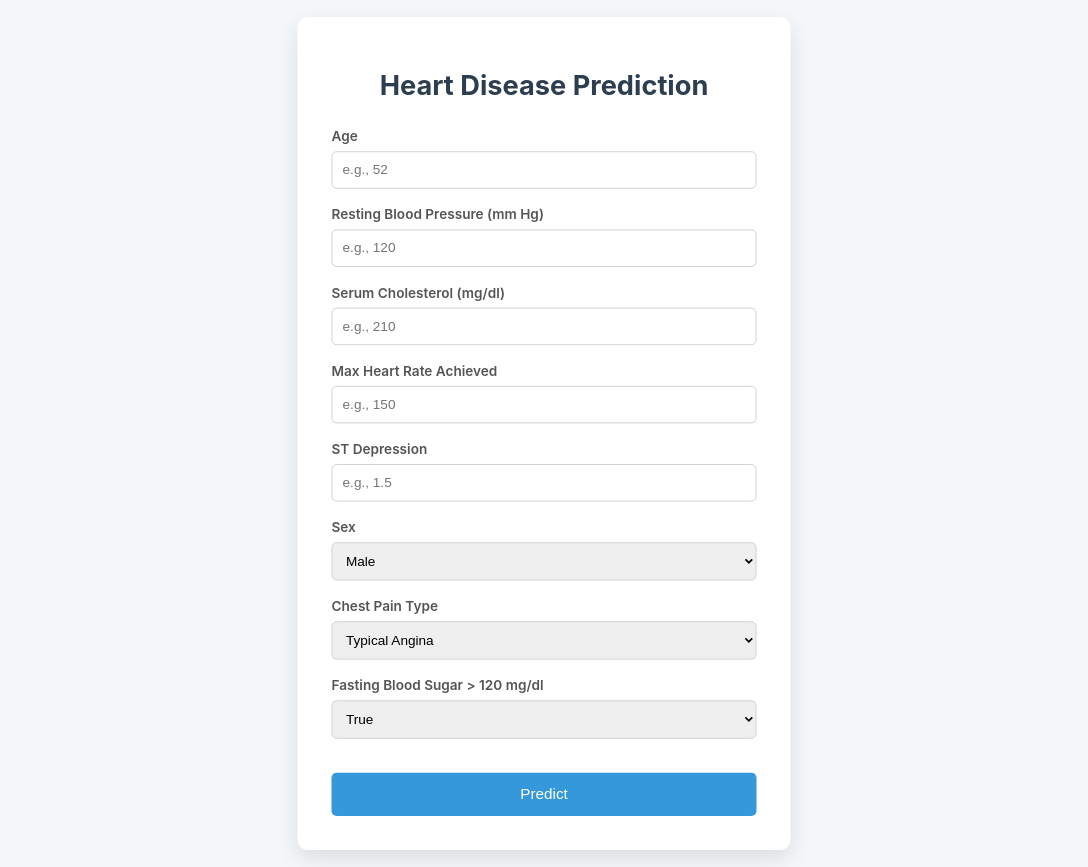
Repository: AyushCre/Heart-Disease
Page: index.html
These files come from the project's save history. The page is drawn as it stood at one moment and after the next save; the edit follows.
The browser window is 1280 px wide. The pictures show the whole page, at 85% of full size.

Above is the page before, as saved 2025-08-15 16:21:36.

After the next save:
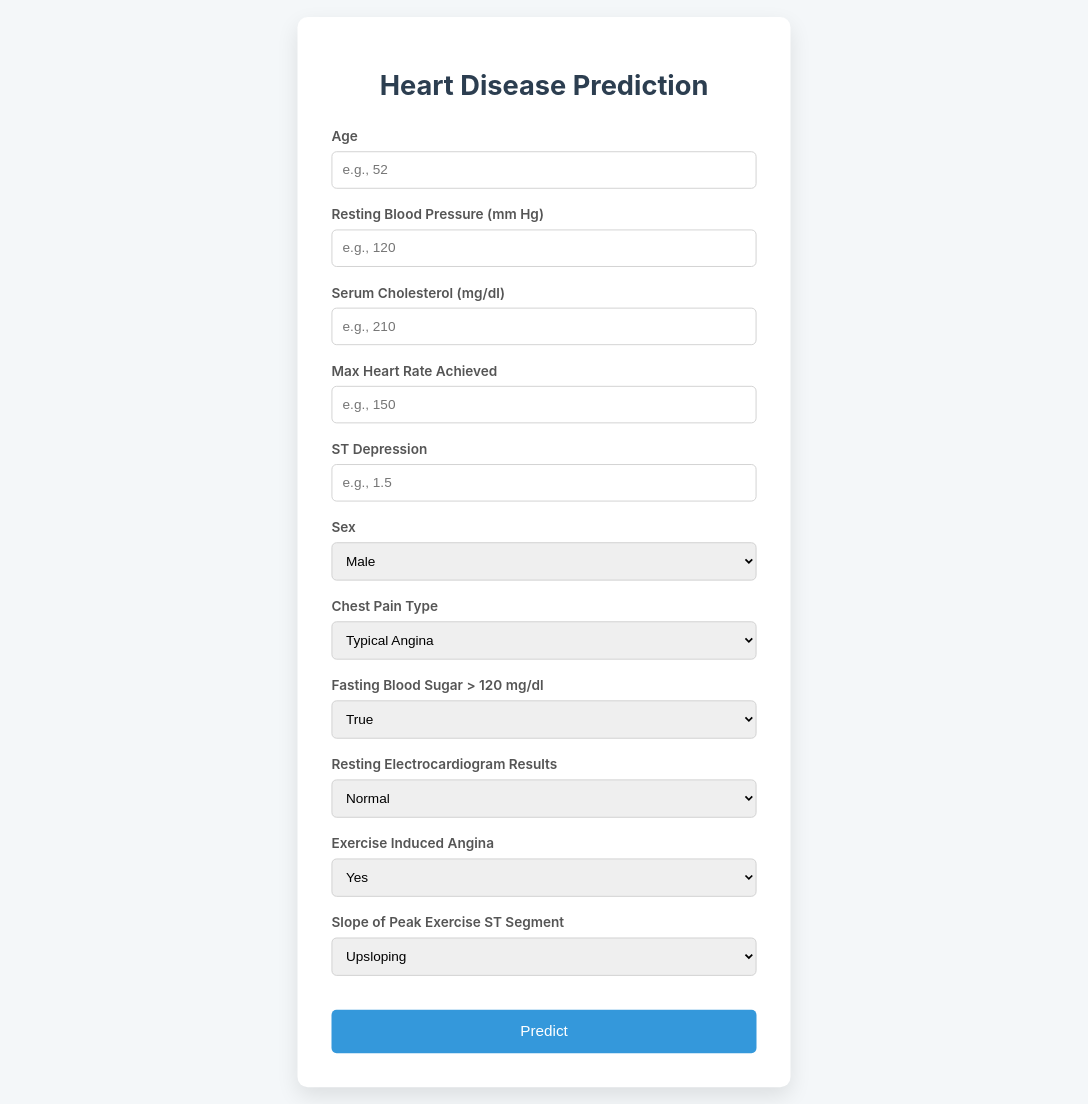
Saved 2 min 47 s later.
--- a/index.html
+++ b/index.html
@@ -11,9 +11,9 @@
             display: flex;
             justify-content: center;
             align-items: center;
-            min-height: 100vh; /* Use min-height to handle long content */
+            min-height: 100vh;
             margin: 0;
-            padding: 20px 0; /* Add some padding for smaller screens */
+            padding: 20px 0;
         }
         .container {
             background-color: #ffffff;
@@ -21,7 +21,7 @@
             border-radius: 12px;
             box-shadow: 0 10px 25px rgba(0, 0, 0, 0.1);
             width: 100%;
-            max-width: 500px; /* Adjusted max-width for a single column */
+            max-width: 500px;
         }
         h1 {
             text-align: center;
@@ -30,7 +30,7 @@
         }
         .form-grid {
             display: grid;
-            grid-template-columns: 1fr; /* This is the line I changed */
+            grid-template-columns: 1fr;
             gap: 20px;
         }
         .form-group {
@@ -107,7 +107,6 @@
                 <label for="oldpeak">ST Depression</label>
                 <input type="number" step="0.1" id="oldpeak" name="oldpeak" placeholder="e.g., 1.5" required>
             </div>
-
             <div class="form-group">
                 <label for="sex">Sex</label>
                 <select id="sex" name="sex">
@@ -118,10 +117,10 @@
             <div class="form-group">
                 <label for="cp">Chest Pain Type</label>
                 <select id="cp" name="cp">
-                    <option value="0">Typical Angina</option>
-                    <option value="1">Atypical Angina</option>
-                    <option value="2">Non-anginal Pain</option>
-                    <option value="3">Asymptomatic</option>
+                    <option value="1">Typical Angina</option>
+                    <option value="2">Atypical Angina</option>
+                    <option value="3">Non-anginal Pain</option>
+                    <option value="4">Asymptomatic</option>
                 </select>
             </div>
              <div class="form-group">
@@ -129,6 +128,29 @@
                 <select id="fbs" name="fbs">
                     <option value="1">True</option>
                     <option value="0">False</option>
+                </select>
+            </div>
+            <div class="form-group">
+                <label for="restecg">Resting Electrocardiogram Results</label>
+                <select id="restecg" name="restecg">
+                    <option value="0">Normal</option>
+                    <option value="1">ST-T Wave Abnormality</option>
+                    <option value="2">Probable or Definite Left Ventricular Hypertrophy</option>
+                </select>
+            </div>
+            <div class="form-group">
+                <label for="exang">Exercise Induced Angina</label>
+                <select id="exang" name="exang">
+                    <option value="1">Yes</option>
+                    <option value="0">No</option>
+                </select>
+            </div>
+            <div class="form-group">
+                <label for="slope">Slope of Peak Exercise ST Segment</label>
+                <select id="slope" name="slope">
+                    <option value="1">Upsloping</option>
+                    <option value="2">Flat</option>
+                    <option value="3">Downsloping</option>
                 </select>
             </div>
 
